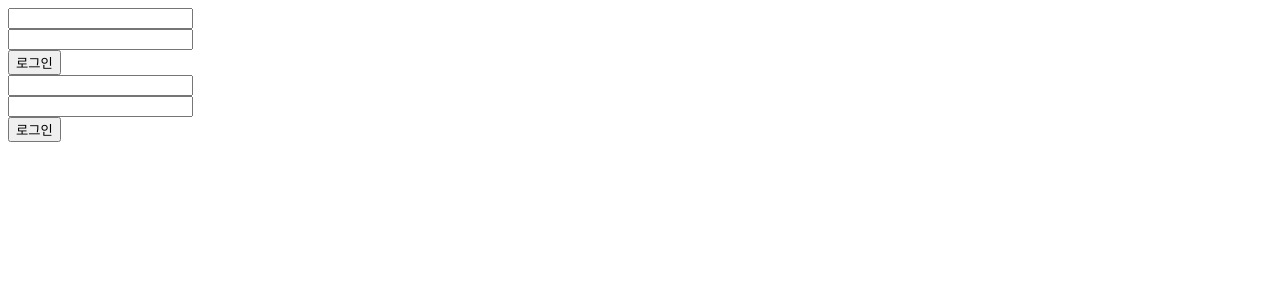
Repository: rmh6363/javastudy
Page: HelloWorld/WebContent/c.html
These files come from the project's save history. The page is drawn as it stood at one moment and after the next save; the edit follows.
The browser window is 1280 px wide. The pictures show the whole page.

Above is the page before, as saved 2020-12-04 06:17:12.

### HelloWorld/WebContent/c.html
<!DOCTYPE html>
<html>
<head>
<meta charset="UTF-8">
<title>Insert title here</title>
</head>
<body>
<form action="a.html" method="get">

   <input name = "id" >
   <br>
   <input name = "pw" >
   <br>
   <input type="submit" value="로그인">

</form>

   <form action="b.html" method="post">
   <input name = "id">
   <br>
   <input name = "pw">
   <br>
   <input type="submit" value="로그인">


</form>



</body>
</html>

After the next save:
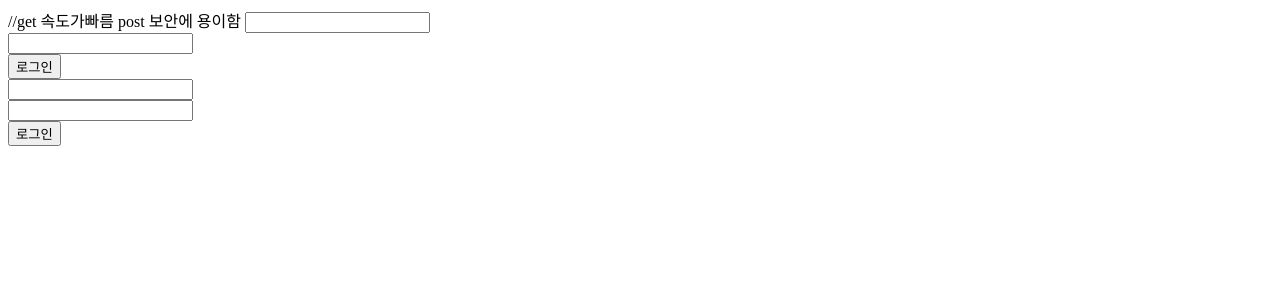
Saved 3 min 41 s later.
--- a/HelloWorld/WebContent/c.html
+++ b/HelloWorld/WebContent/c.html
@@ -5,7 +5,7 @@
 <title>Insert title here</title>
 </head>
 <body>
-<form action="a.html" method="get">
+<form action="a.html" method="get">          //get 속도가빠름 post 보안에 용이함
 
    <input name = "id" >
    <br>

After the save that followed:
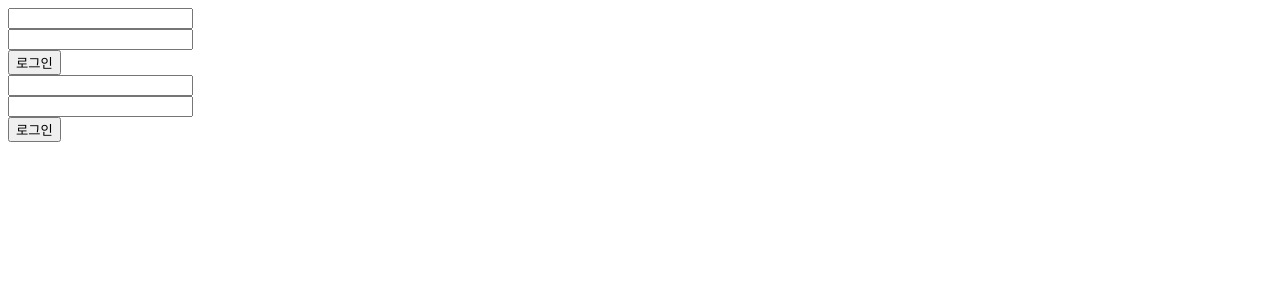
Saved 2 min 12 s later.
--- a/HelloWorld/WebContent/c.html
+++ b/HelloWorld/WebContent/c.html
@@ -5,11 +5,11 @@
 <title>Insert title here</title>
 </head>
 <body>
-<form action="a.html" method="get">          //get 속도가빠름 post 보안에 용이함
+<form action="a.html" method="get">
 
    <input name = "id" >
    <br>
-   <input name = "pw" >
+   <input type="password"        name = "pw" >
    <br>
    <input type="submit" value="로그인">
 
